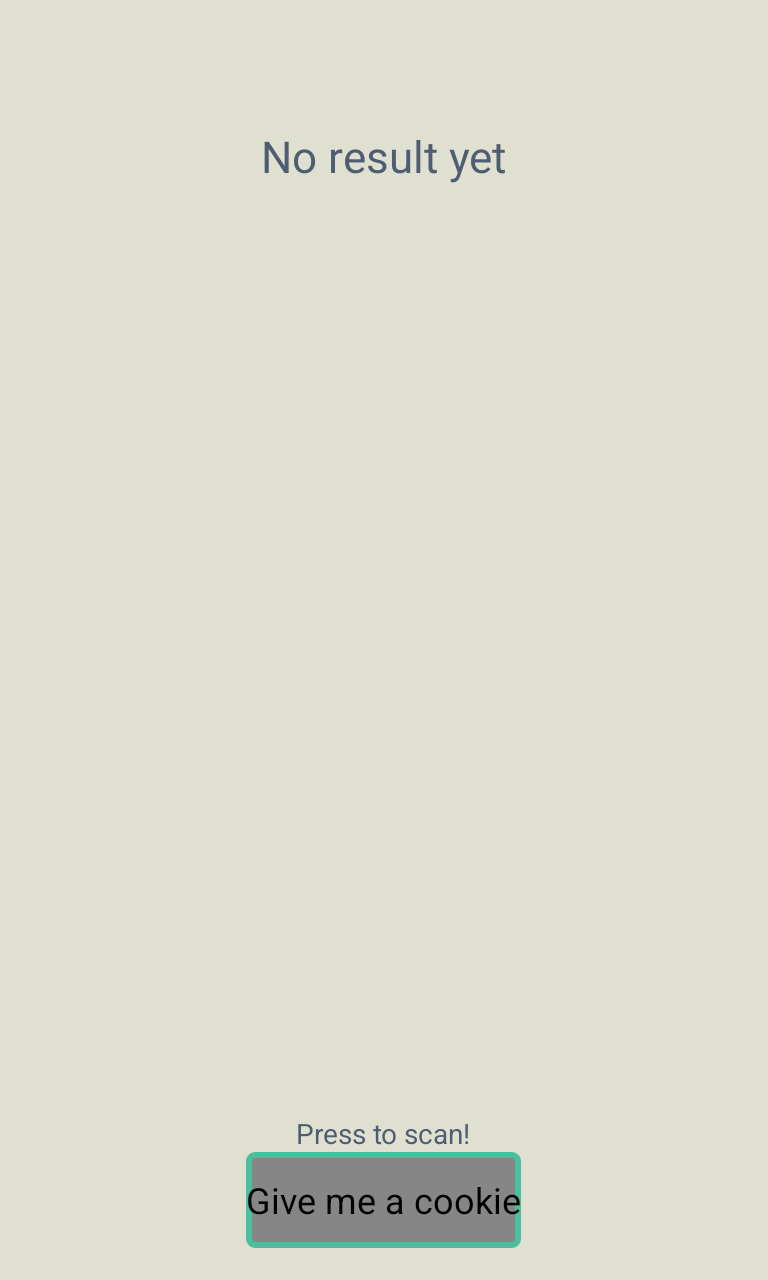
Repository: Kitsopappas/QBIReader
Layout: QBIReader/res/layout/activity_main.xml
The author's editor kept a copy of each file at every save. The layout is drawn from the files as they stood at one save, then again after the next save.
It is drawn on a 768 x 1280 px phone screen (xhdpi) without system bars, with theme AppTheme; the app's code is not run.

Above is the layout before, as saved 2015-03-09 01:29:26.

### QBIReader/res/layout/activity_main.xml
<RelativeLayout xmlns:android="http://schemas.android.com/apk/res/android"
    xmlns:tools="http://schemas.android.com/tools"
    android:layout_width="match_parent"
    android:layout_height="match_parent"
    android:background="#e0e0d1"
    android:paddingBottom="@dimen/activity_vertical_margin"
    android:paddingLeft="@dimen/activity_horizontal_margin"
    android:paddingRight="@dimen/activity_horizontal_margin"
    android:paddingTop="@dimen/activity_vertical_margin"
    tools:context="com.qbireader.MainActivity" >

    <TextView
        android:id="@+id/result"
        android:layout_width="wrap_content"
        android:layout_height="wrap_content"
        android:layout_alignParentTop="true"
        android:layout_centerHorizontal="true"
        android:layout_marginTop="47dp"
        android:text="@string/result"
        android:textAppearance="?android:attr/textAppearanceLarge"
        android:textColor="#4f5d73" />

    <Button
        android:id="@+id/scan"
        android:layout_width="wrap_content"
        android:layout_height="wrap_content"
        android:layout_alignParentBottom="true"
        android:layout_centerHorizontal="true"
        android:background="@drawable/button_custom"
        android:text="@string/scan" />

    <TextView
        android:id="@+id/pts"
        android:layout_width="wrap_content"
        android:layout_height="wrap_content"
        android:layout_above="@+id/scan"
        android:layout_centerHorizontal="true"
        android:text="@string/pts"
        android:textColor="#4f5d73" />

</RelativeLayout>

### QBIReader/res/values/strings.xml
<?xml version="1.0" encoding="utf-8"?>
<resources>

    <string name="app_name">QBI Reader</string>
    <string name="hello_world">Hello world!</string>
    <string name="action_settings">Settings</string>
      <string name="result">No result yet</string>
      <string name="scan"> Give me a cookie </string>
      <string name="pts">Press to scan!</string>

</resources>

### QBIReader/res/drawable/button_custom.xml
<?xml version="1.0" encoding="utf-8"?>
<selector xmlns:android="http://schemas.android.com/apk/res/android">

    <item android:state_pressed="true"><shape>
            <solid android:color="#868686" />

            <stroke android:width="1dp" android:color="#868686" />

            <corners android:radius="5dp" />
        </shape></item>
    <item><shape>
            <gradient android:angle="270" android:endColor="#868686" android:startColor="#868686" />

            <stroke android:width="3dp" android:color="#49bf9d" />

            <corners android:radius="3dp" />
        </shape></item>

</selector>

Loaded but not shown: QBIReader/res/values/styles.xml (common file); QBIReader/res/values-v11/styles.xml (common file); QBIReader/res/values-v14/styles.xml (common file); QBIReader/res/values/dimens.xml (common file); QBIReader/res/values-w820dp/dimens.xml (common file)

After the next save:
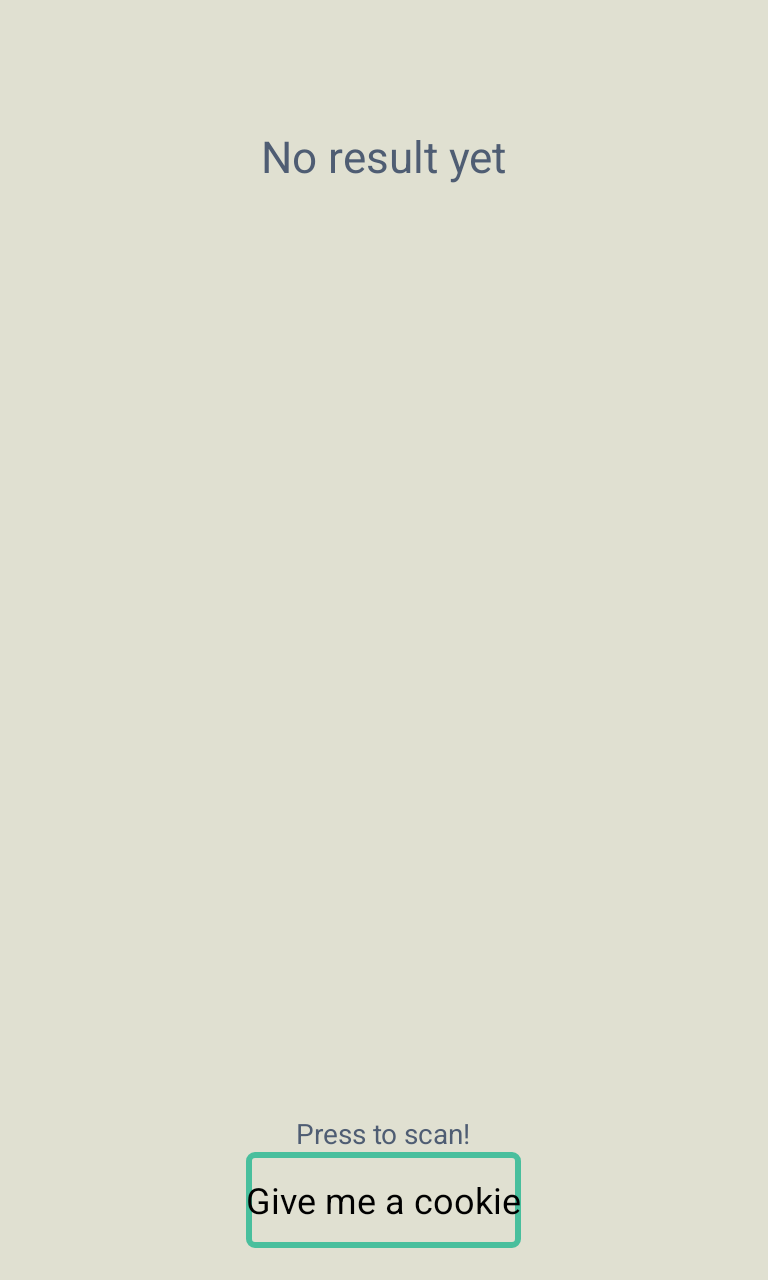
Saved 40 s later.
--- a/QBIReader/res/drawable/button_custom.xml
+++ b/QBIReader/res/drawable/button_custom.xml
@@ -2,14 +2,14 @@
 <selector xmlns:android="http://schemas.android.com/apk/res/android">
 
     <item android:state_pressed="true"><shape>
-            <solid android:color="#868686" />
+            <solid android:color="#e0e0d1" />
 
-            <stroke android:width="1dp" android:color="#868686" />
+            <stroke android:width="1dp" android:color="#e0e0d1" />
 
             <corners android:radius="5dp" />
         </shape></item>
     <item><shape>
-            <gradient android:angle="270" android:endColor="#868686" android:startColor="#868686" />
+            <gradient android:angle="270" android:endColor="#e0e0d1" android:startColor="#e0e0d1" />
 
             <stroke android:width="3dp" android:color="#49bf9d" />
 
